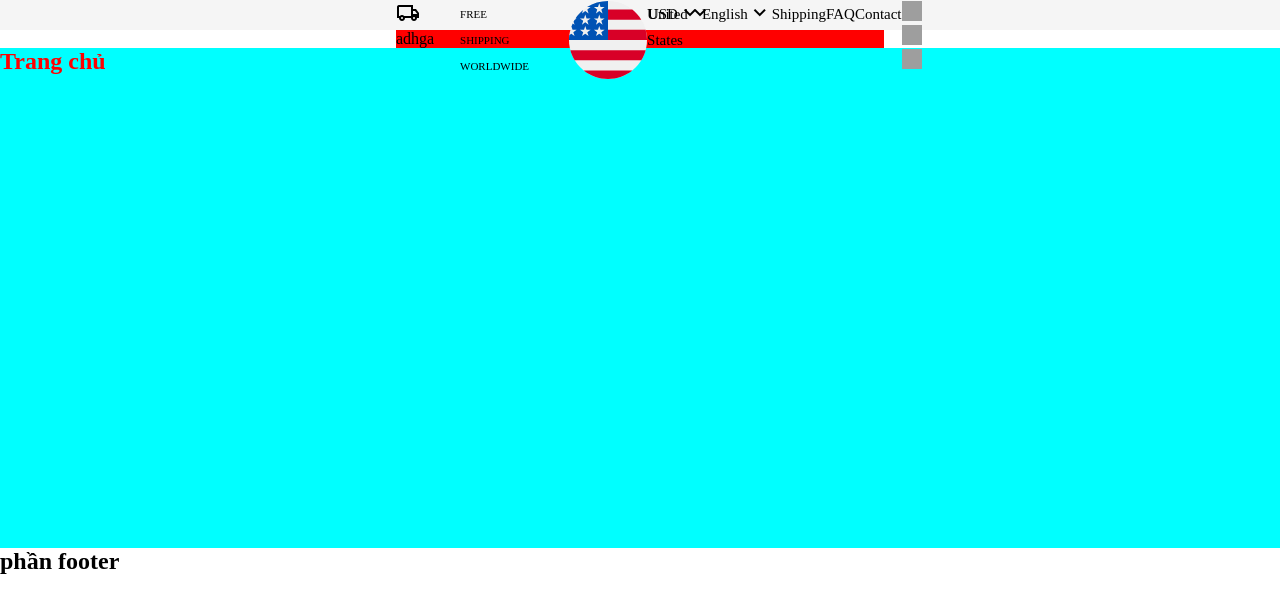
Repository: tatvanhco/shopper
Page: /
The author's editor kept a copy of each file at every save. The page is drawn from the files as they stood at one save, then again after a run of saves.
The browser window is 1280 px wide. The pictures show the whole page.
Pictures or frames that could not be fetched are drawn as grey boxes. The project was rebuilt for these pictures with package versions that can differ from the ones it lists, and the page was loaded fresh each time.

Above is the page before, as saved 2022-09-24 11:50:24.

### src/index.tsx
import React from 'react';
import { createRoot } from 'react-dom/client';
import { Provider } from 'react-redux';
import { store } from './app/store';
import App from './App';
import reportWebVitals from './reportWebVitals';
import './index.scss';

const container = document.getElementById('root')!;
const root = createRoot(container);

root.render(
    <React.StrictMode>
        <Provider store={store}>
            <App />
        </Provider>
    </React.StrictMode>,
);

// If you want to start measuring performance in your app, pass a function
// to log results (for example: reportWebVitals(console.log))
// or send to an analytics endpoint. Learn more: https://bit.ly/CRA-vitals
reportWebVitals();

### src/app/store.ts
import { configureStore, ThunkAction, Action, getDefaultMiddleware } from '@reduxjs/toolkit';
import createSagaMiddleware from '@redux-saga/core';
import rootSaga from './rootSaga';

const sagaMiddleware = createSagaMiddleware();
export const store = configureStore({
    reducer: {

    },
    middleware: (getDefaultMiddleware) => {
        return getDefaultMiddleware().concat(sagaMiddleware);
    },
});

sagaMiddleware.run(rootSaga);

export type AppDispatch = typeof store.dispatch;
export type RootState = ReturnType<typeof store.getState>;
export type AppThunk<ReturnType = void> = ThunkAction<ReturnType, RootState, unknown, Action<string>>;

### src/App.tsx
import React from 'react';
import './App.scss';
import Header from 'components/header/header';
import Footer from 'components/footer/footer';
import Home from 'pages/home/home';

function App() {
    return (
        <div className="App">
            <Header />
            <Home />
            <Footer />
        </div>
    );
}

export default App;

### src/index.scss
/* @import 'normalize.css'; */
@import url('https://fonts.googleapis.com/css2?family=Roboto:wght@300;400;500;700&display=swap');
@import url('https://fonts.googleapis.com/css2?family=Material+Symbols+Outlined:opsz,wght,FILL,GRAD@20..48,100..700,0..1,-50..200');

body {
    margin: -15px 0 0 0;
    padding: 0;
    /* font-family: -apple-system, BlinkMacSystemFont, 'Segoe UI', 'Roboto', 'Oxygen', 'Ubuntu', 'Cantarell', 'Fira Sans',
        'Droid Sans', 'Helvetica Neue', sans-serif; */
    -webkit-font-smoothing: antialiased;
    -moz-osx-font-smoothing: grayscale;
}

html {
    margin: 0;
    padding: 0;
}

code {
    font-family: source-code-pro, Menlo, Monaco, Consolas, 'Courier New', monospace;
}

p {
    margin: 0 !important;
    line-height: initial;
}

h1,
h2 {
    margin: 0;
}

### src/app/rootSaga.ts
function* rootSaga() {
    console.log('hahahha');
}

export default rootSaga;

### src/App.scss
.container {
    padding: 0px 16px;
    margin: 0 380px;
}

.d-flex {
    display: flex;
}

.ul {
    list-style: none;
    padding-left: 0;
}

.title {
    font-size: 15px;
    line-height: 26px;
}

.img-icon {
    width: 20px;
    height: 20px;
}

### src/components/header/header.tsx
import clsx from 'clsx';
import { url } from 'inspector';
import { Fragment } from 'react';
import styles from './header.module.scss';

function header() {
    return (
        <Fragment>
            <div className="header">
                <div className={styles.headerTop}>
                    <div className="container">
                        <div className={clsx(styles.headerContact, 'd-flex')}>
                            <div className="headerContactRight">
                                <ul className={clsx('headerContactRightItems', 'ul', 'd-flex')}>
                                    <li className={clsx('headerContactRightItem', 'd-flex')}>
                                        <span className="material-symbols-outlined">local_shipping</span>
                                        <p className={clsx(styles.titleShip)}>FREE SHIPPING WORLDWIDE</p>
                                    </li>
                                    <li className={clsx('headerContactRightItem', 'd-flex')}>
                                        <div className={clsx(styles.nation, 'd-flex')}>
                                            <img
                                                src="data:[embedded picture, 137 characters]
                                                        nLzIwMDAvc3ZnIj4KPHBhdGggZD0iTTcgMTRDMTAuODY2IDE0IDE0IDEwLjg2NiAxNCA3QzE0IDMuMTM0MDEgMTAuODY2IDAgNyAwQzMuMTM0MDEgMCAwIDMuMTM0MDEgMCA3QzAgMTAuO
                                                        DY2IDMuMTM0MDEgMTQgNyAxNFoiIGZpbGw9IiNGMEYwRjAiLz4KPHBhdGggZD0iTTYuNjk1OCA2Ljk5OTk4SDE0LjAwMDFDMTQuMDAwMSA2LjM2ODE4IDEzLjkxNTkgNS43NTYxMiAxMy4
                                                        3NTkgNS4xNzM4OUg2LjY5NThWNi45OTk5OFoiIGZpbGw9IiNEODAwMjciLz4KPHBhdGggZD0iTTYuNjk1OCAzLjM0NzgzSDEyLjk3MjdDMTIuNTQ0MiAyLjY0ODU5IDExLjk5NjMgMi4wM
                                                        zA1NCAxMS4zNTc1IDEuNTIxNzNINi42OTU4VjMuMzQ3ODNaIiBmaWxsPSIjRDgwMDI3Ii8+CjxwYXRoIGQ9Ik02Ljk5OTk3IDE0QzguNjQ3NCAxNCAxMC4xNjE2IDEzLjQzMDYgMTEuMzU
                                                        3NCAxMi40NzgzSDIuNjQyNThDMy44MzgzMiAxMy40MzA2IDUuMzUyNTMgMTQgNi45OTk5NyAxNFoiIGZpbGw9IiNEODAwMjciLz4KPHBhdGggZD0iTTEuMDI3NDggMTAuNjUyMkgxMi45N
                                                        zI3QzEzLjMxNjcgMTAuMDkwOCAxMy41ODM1IDkuNDc3MjMgMTMuNzU4OSA4LjgyNjA3SDAuMjQxMjExQzAuNDE2Njc2IDkuNDc3MjMgMC42ODM0NjkgMTAuMDkwOCAxLjAyNzQ4IDEwLjY
                                                        1MjJaIiBmaWxsPSIjRDgwMDI3Ii8+CjxwYXRoIGQ9Ik0zLjI0MjUzIDEuMDkzMTVIMy44ODA0M0wzLjI4NzA3IDEuNTI0MjJMMy41MTM3MyAyLjIyMTczTDIuOTIwMzkgMS43OTA2NkwyL
                                                        jMyNzA2IDIuMjIxNzNMMi41MjI4NCAxLjYxOTE2QzIuMDAwNDEgMi4wNTQzNCAxLjU0MjUyIDIuNTY0MTkgMS4xNjUxNyAzLjEzMjI4SDEuMzY5NTdMMC45OTE4NjcgMy40MDY2OEMwLjk
                                                        zMzAyMyAzLjUwNDg0IDAuODc2NTg2IDMuNjA0NTYgMC44MjI1IDMuNzA1NzZMMS4wMDI4NiA0LjI2MDg3TDAuNjY2MzY3IDQuMDE2MzlDMC41ODI3MjMgNC4xOTM2IDAuNTA2MjE1IDQuM
                                                        zc0ODEgMC40Mzc0NDUgNC41NTk3OUwwLjYzNjE1MiA1LjE3MTQxSDEuMzY5NTdMMC43NzYyMDcgNS42MDI0OUwxLjAwMjg2IDYuM0wwLjQwOTUyNyA1Ljg2ODkzTDAuMDU0MTEzMyA2LjE
                                                        yNzE2QzAuMDE4NTM5MSA2LjQxMzEyIDAgNi43MDQzOSAwIDdIN0M3IDMuMTM0MDMgNyAyLjY3ODI3IDcgMEM1LjYxNzE3IDAgNC4zMjgxMSAwLjQwMTEzMyAzLjI0MjUzIDEuMDkzMTVaT
                                                        TMuNTEzNzMgNi4zTDIuOTIwMzkgNS44Njg5M0wyLjMyNzA2IDYuM0wyLjU1MzcxIDUuNjAyNDlMMS45NjAzNiA1LjE3MTQxSDIuNjkzNzdMMi45MjAzOSA0LjQ3MzlMMy4xNDcwMiA1LjE
                                                        3MTQxSDMuODgwNDNMMy4yODcwNyA1LjYwMjQ5TDMuNTEzNzMgNi4zWk0zLjI4NzA3IDMuNTYzMzZMMy41MTM3MyA0LjI2MDg3TDIuOTIwMzkgMy44Mjk3OUwyLjMyNzA2IDQuMjYwODdMM
                                                        i41NTM3MSAzLjU2MzM2TDEuOTYwMzYgMy4xMzIyOEgyLjY5Mzc3TDIuOTIwMzkgMi40MzQ3N0wzLjE0NzAyIDMuMTMyMjhIMy44ODA0M0wzLjI4NzA3IDMuNTYzMzZaTTYuMDI0NTkgNi4
                                                        zTDUuNDMxMjYgNS44Njg5M0w0LjgzNzkzIDYuM0w1LjA2NDU4IDUuNjAyNDlMNC40NzEyMiA1LjE3MTQxSDUuMjA0NjRMNS40MzEyNiA0LjQ3MzlMNS42NTc4OSA1LjE3MTQxSDYuMzkxM
                                                        0w1Ljc5Nzk0IDUuNjAyNDlMNi4wMjQ1OSA2LjNaTTUuNzk3OTQgMy41NjMzNkw2LjAyNDU5IDQuMjYwODdMNS40MzEyNiAzLjgyOTc5TDQuODM3OTMgNC4yNjA4N0w1LjA2NDU4IDMuNTY
                                                        zMzZMNC40NzEyMiAzLjEzMjI4SDUuMjA0NjRMNS40MzEyNiAyLjQzNDc3TDUuNjU3ODkgMy4xMzIyOEg2LjM5MTNMNS43OTc5NCAzLjU2MzM2Wk01Ljc5Nzk0IDEuNTI0MjJMNi4wMjQ1O
                                                        SAyLjIyMTczTDUuNDMxMjYgMS43OTA2Nkw0LjgzNzkzIDIuMjIxNzNMNS4wNjQ1OCAxLjUyNDIyTDQuNDcxMjIgMS4wOTMxNUg1LjIwNDY0TDUuNDMxMjYgMC4zOTU2MzdMNS42NTc4OSA
                                                        xLjA5MzE1SDYuMzkxM0w1Ljc5Nzk0IDEuNTI0MjJaIiBmaWxsPSIjMDA1MkI0Ii8+Cjwvc3ZnPgo="
                                                alt=""
                                            />
                                            <p className={clsx('title')}>United States</p>
                                            <span className="material-symbols-outlined">expand_more</span>
                                        </div>
                                    </li>
                                    <li className={clsx('headerContactRightItem', 'd-flex')}>
                                        <div className={clsx(styles.nation, 'd-flex')}>
                                            <p className={clsx('title')}>USD</p>
                                            <span className="material-symbols-outlined">expand_more</span>
                                        </div>
                                    </li>
                                    <li className={clsx('headerContactRightItem', 'd-flex')}>
                                        <div className={clsx(styles.nation, 'd-flex')}>
                                            <p className={clsx('title')}>English</p>
                                            <span className="material-symbols-outlined">expand_more</span>
                                        </div>
                                    </li>
                                </ul>
                            </div>
                            <div className="headerContactLeft">
                                <ul className={clsx('headerContactLeftItems', 'd-flex', 'ul')}>
                                    <li className={clsx('headerContactLeftItem')}>
                                        <p className={clsx('title')}>Shipping</p>
                                    </li>
                                    <li className={clsx('headerContactLeftItem')}>
                                        <p className={clsx('title')}>FAQ</p>
                                    </li>
                                    <li className={clsx('headerContactLeftItem')}>
                                        <p className={clsx('title')}>Contact</p>
                                    </li>
                                    <li className={clsx('headerContactLeftItem')}>
                                        <img
                                            className={clsx('img-icon')}
                                            src="https://cdn-icons-png.flaticon.com/512/1384/1384005.png"
                                            alt="Facebook"
                                        />
                                        <img
                                            className={clsx('img-icon')}
                                            src="https://cdn-icons-png.flaticon.com/512/3661/3661391.png"
                                            alt="Instagram"
                                        />
                                        <img
                                            className={clsx('img-icon')}
                                            src="https://cdn-icons-png.flaticon.com/512/1384/1384028.png"
                                            alt="Youtube"
                                        />
                                    </li>
                                </ul>
                            </div>
                        </div>
                    </div>
                </div>
                <div className="headerBottom">
                    <div className="container">
                        <div className={clsx(styles.headerFrom)}>adhga</div>
                    </div>
                </div>
            </div>
        </Fragment>
    );
}

export default header;

### src/components/footer/footer.tsx
function footer() {
    return <h2>phần footer</h2>;
}

export default footer;

### src/pages/home/home.tsx
import clsx from 'clsx';
import styles from './home.module.scss';

function Home() {
    return (
        <>
            <h2 className={clsx(styles.heading)}>Trang chủ</h2>
        </>
    );
}

export default Home;

### src/components/header/header.module.scss
.headerTop {
    background-color: #f5f5f5;
}

.headerContact {
    height: 45px;
    justify-content: space-between;
    vertical-align: middle;
}

.headerFrom {
    background-color: red;
}

.titleShip {
    font-size: 11px;
    line-height: 26px;
    padding: 0 40px 0 ;
}

### src/pages/home/home.module.scss
.heading {
    height: 500px;
    background-color: aqua;
    color: red;
}

.active {
    background-color: yellow;
}

Loaded but not shown: public/index.html (common file); src/reportWebVitals.ts (common file)

After the next 2 saves:
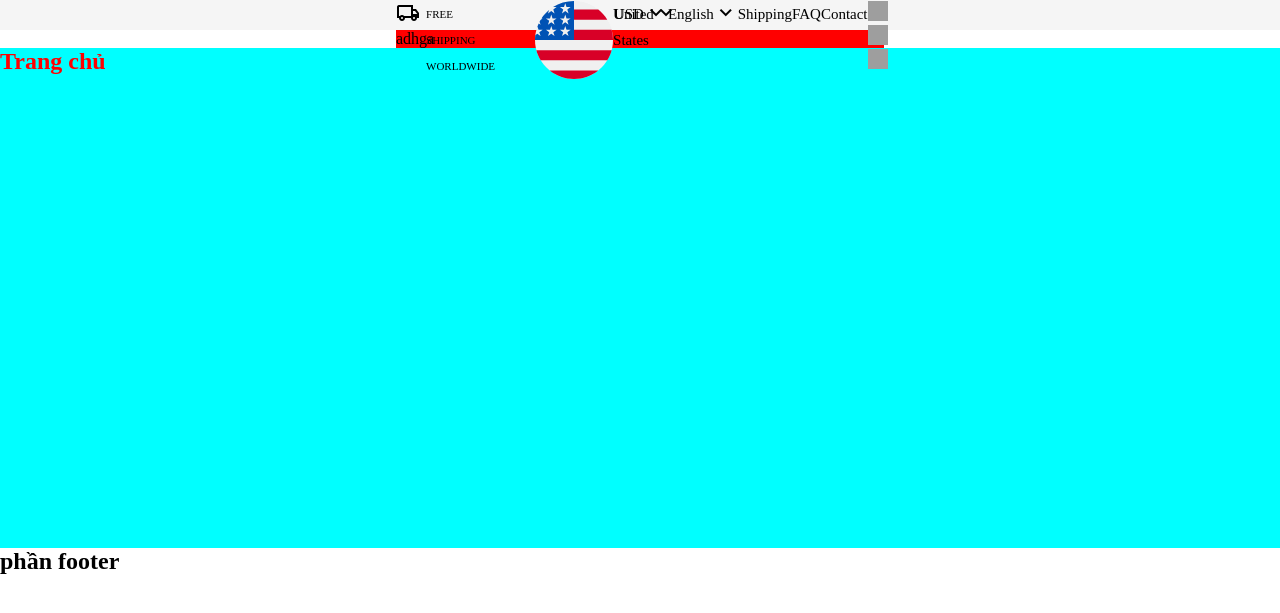
The 2 saves are shown as one change because they came seconds apart.
The last was saved 7 s later.
--- a/src/components/header/header.module.scss
+++ b/src/components/header/header.module.scss
@@ -15,5 +15,5 @@
 .titleShip {
     font-size: 11px;
     line-height: 26px;
-    padding: 0 40px 0 ;
+    padding: 0 40px 0 6px;
 }
